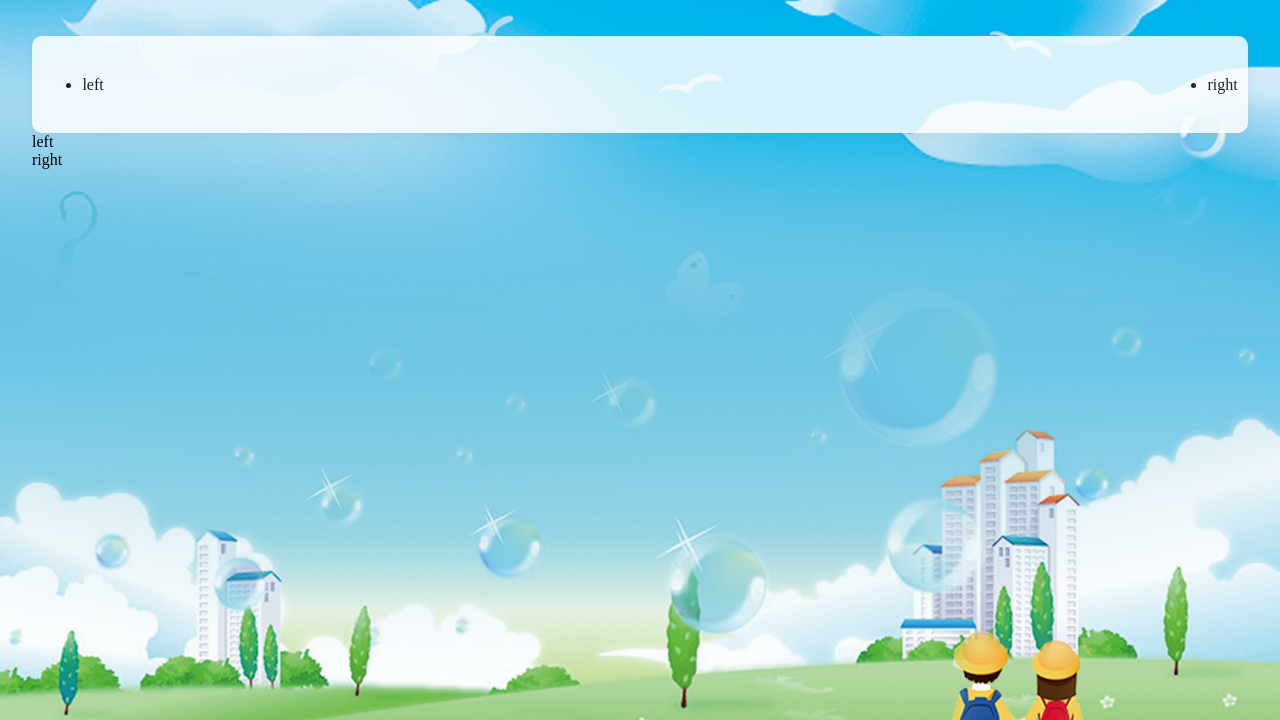
Repository: huangdesheng/classBrand
Page: / (app in classBrand/)
These files come from the project's save history. The page is drawn as it stood at one moment and after the next save; the edit follows.
The browser window is 1280 px wide. The pictures show the whole page.
The project was rebuilt for these pictures with package versions that can differ from the ones it lists, and the page was loaded fresh each time.

Above is the page before, as saved 2019-08-23 09:49:18.

After the next save:
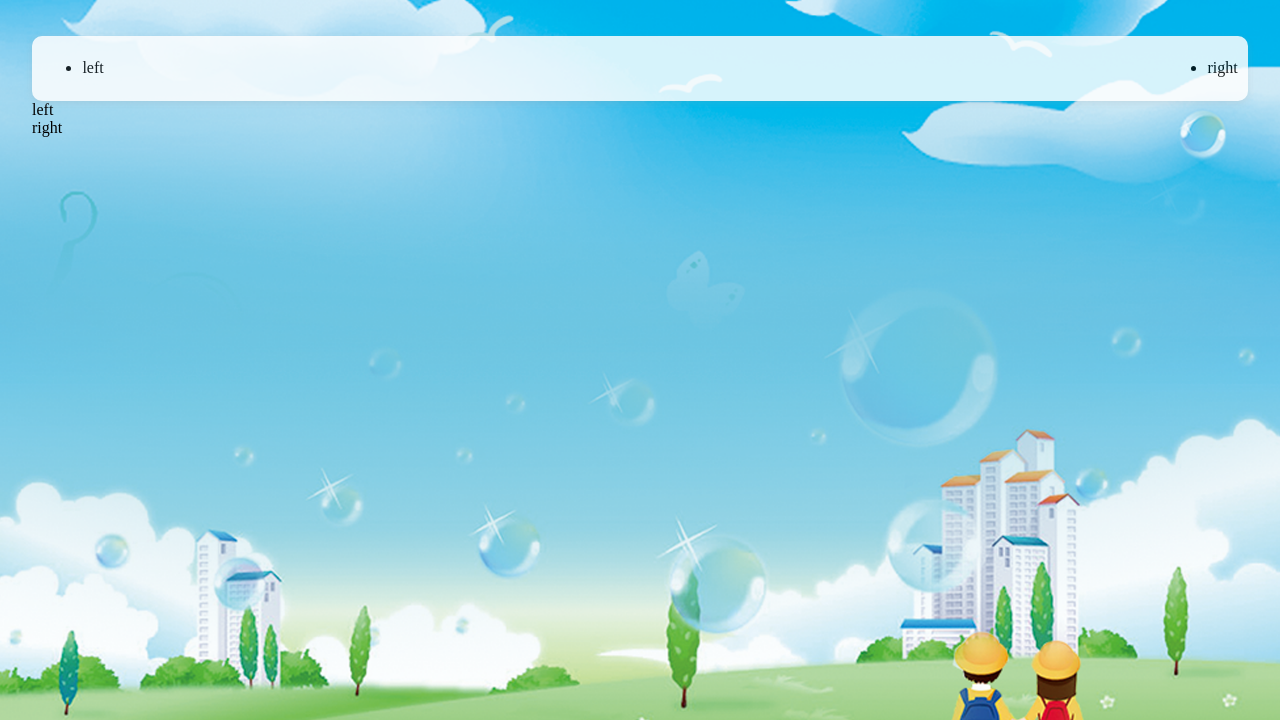
Saved 15 s later.
--- a/classBrand/src/views/index/index.vue
+++ b/classBrand/src/views/index/index.vue
@@ -29,7 +29,7 @@ export default {};
   height: 90%;
   header {
     .bt;
-    height: 15%;
+    height: 10%;
     width: 100%;
     > ul {
       width: 95%;
